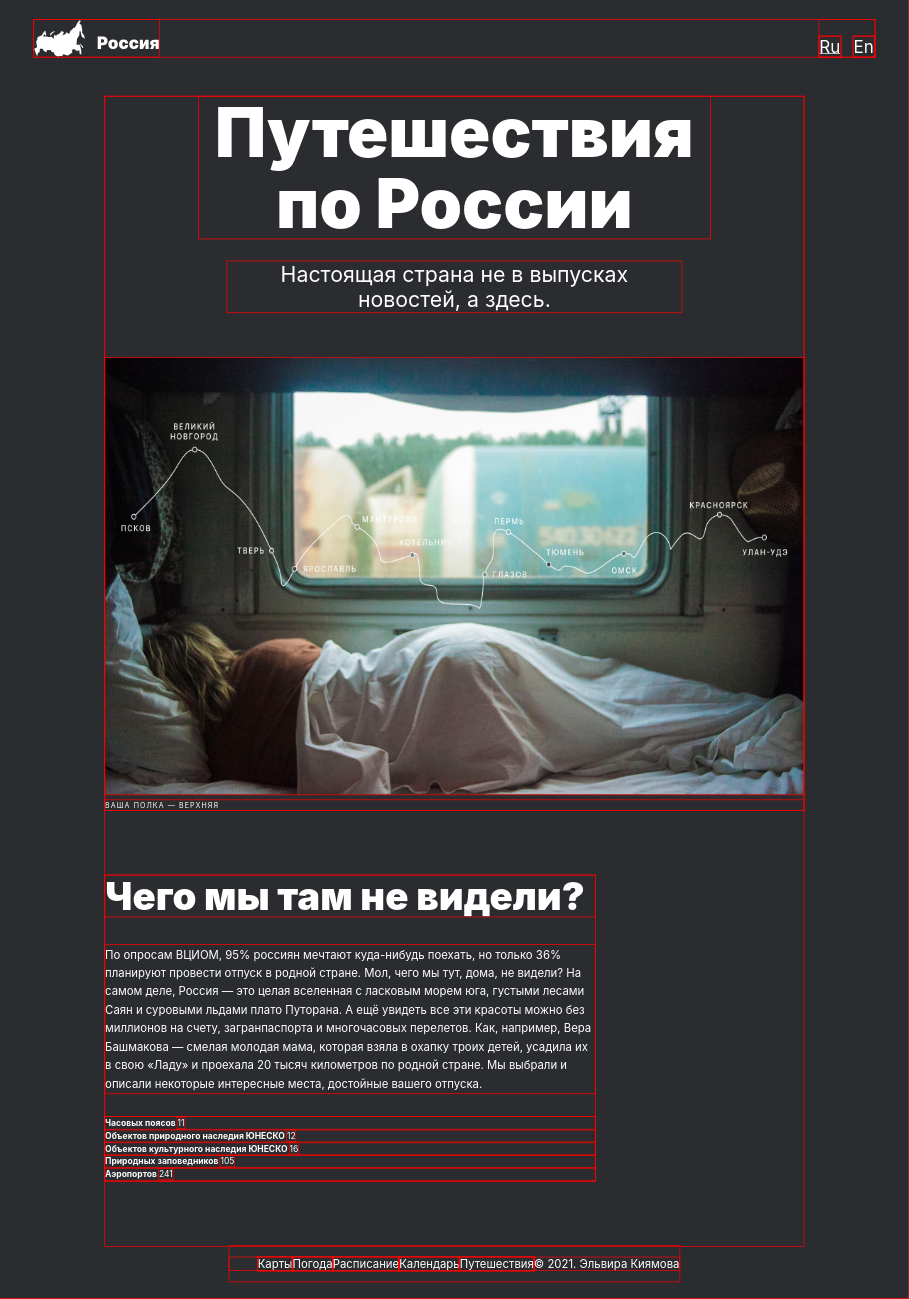
Repository: 89373611988/russia-travel
Page: index.html
These files come from the project's save history. The page is drawn as it stood at one moment and after the next save; the edit follows.
The browser window is 1280 px wide. The pictures show the whole page, at 71% of full size.
Some web fonts or font styles are not loaded; a fallback is used.

Above is the page before, as saved 2021-12-18 19:26:15.

### index.html
<!DOCTYPE html>
<html lang="ru">
  <head>
    <meta charset="UTF-8" />
    <meta name="viewport" content="width=device-width, initial-scale=1">
    <title>Путешествия по России</title>
    <link rel="stylesheet" href="pages/index.css" />
  </head>
  <body>
    <div class="page">
      <header class="header page__header">
        <img src="./images/header-logo.svg" alt="" class="header__logo">
        <ul class="header__list">
          <li class="header__item">
            <a href="#" target="_blank" class="header__lang-link">Ru</a>
          </li>
          <li class="header__item">
            <a href="#" target="_blank" class="header__lang-link">En</a>
          </li>
        </ul>
      </header>
      <main class="content">
        <section class="lead ">
          <h1 class="lead__title">Путешествия по России</h1>
          <p class="lead__subtitle">Настоящая страна не в выпусках новостей, а здесь.</p>
          <img src="./images/lead-polka.jpg" alt="Отдых в вагоне" class="lead__image">
          <p class="lead__caption">ваша полка — верхняя</p>
        </section>

        <section class="intro page__intro">
          <h2 class="intro__title">Чего мы там не видели?</h2>
          <p class="intro__text">По опросам ВЦИОМ, 95% россиян мечтают куда-нибудь поехать, но только 36% планируют провести отпуск в родной стране. Мол, чего мы тут, дома, не видели? На самом деле, Россия — это целая вселенная с ласковым морем юга, густыми лесами Саян и суровыми льдами плато Путорана. А ещё увидеть все эти красоты можно без миллионов на счету, загранпаспорта и многочасовых перелетов. Как, например, Вера Башмакова — смелая молодая мама, которая взяла в охапку троих детей, усадила их в свою «Ладу» и проехала 20 тысяч километров по родной стране. Мы выбрали и описали некоторые интересные места, достойные вашего отпуска.</p>
          <ul class="intro__list">
            <li class="intro__item">Часовых поясов
              <span class="intro__number">11</span>
            </li>
            <li class="intro__item">Объектов природного наследия ЮНЕСКО
              <span class="intro__number">12</span>
            </li>
            <li class="intro__item">Объектов культурного наследия ЮНЕСКО
              <span class="intro__number">16</span>
            </li>
            <li class="intro__item">Природных заповедников
              <span class="intro__number">105</span>
            </li>
            <li class="intro__item">Аэропортов
              <span class="intro__number">241</span>
            </li>
          </ul>
        </section>
      </main>

      <footer class="footer">
        <ul class="footer__list">
          <li class="footer__item">
            <a href="https://yandex.ru/maps" class="footer__link">Карты</a>
          </li>
          <li class="footer__item">
            <a href="https://yandex.ru/pogoda" class="footer__link">Погода</a>
          </li>
          <li class="footer__item">
            <a href="https://rasp.yandex.ru" class="footer__link">Расписание</a>
          </li>
          <li class="footer__item">
            <a href="https://calendar.yandex.ru" class="footer__link">Календарь</a>
          </li>
          <li class="footer__item">
            <a href="https://travel.yandex.ru" class="footer__link">Путешествия</a>
          </li>
        </ul>
        <p class="footer__copyright">&copy; 2021. Эльвира Киямова</p>
      </footer>

    </div>
  </body>
</html>

### pages/index.css
@import url("../styles/normalize.css");

@import url("../blocks/page/page.css");
@import url("../blocks/page/__header/page__header.css");
@import url("../blocks/page/__intro/page__intro.css");

@import url("../blocks/header/header.css");
@import url("../blocks/header/__logo/header__logo.css");
@import url("../blocks/header/__list/header__list.css");
@import url("../blocks/header/__item/header__item.css");
@import url("../blocks/header/__lang-link/header__lang-link.css");

@import url("../blocks/content/content.css");

@import url("../blocks/lead/lead.css");
@import url("../blocks/lead/__title/lead__title.css");
@import url("../blocks/lead/__subtitle/lead__subtitle.css");
@import url("../blocks/lead/__image/lead__image.css");
@import url("../blocks/lead/__caption/lead__caption.css");

@import url("../blocks/intro/intro.css");
@import url("../blocks/intro/__title/intro__title.css");
@import url("../blocks/intro/__text/intro__text.css");
@import url("../blocks/intro/__list/intro__list.css");
@import url("../blocks/intro/__item/intro__item.css");
@import url("../blocks/intro/__number/intro__number.css");

@import url("../blocks/footer/footer.css");
@import url("../blocks/footer/__list/footer__list.css");
@import url("../blocks/footer/__item/footer__item.css");
@import url("../blocks/footer/__link/footer__link.css");
@import url("../blocks/footer/__copyight/footer__copyight.css");

@import url("../fonts/Inter\ Web");

### blocks/page/page.css
* {
  outline-width: 1px;
  outline-style: solid;
  outline-color: red;
}

.page {
  color: #ffffff;
  background-color: #2a2c2f;
  font-family: "Inter";
  font-style: normal;
  padding: 28px 0 24px;
  -moz-osx-font-smoothing: grayscale;
  -webkit-font-smoothing: antialiased;
  -webkit-text-size-adjust: 100%;
  -ms-text-size-adjust: 100%;
  -moz-text-size-adjust: 100%;
  text-rendering: optimizeLegibility;
  display: flex;
  flex-direction: column;
  align-items: center;
}

### blocks/page/__header/page__header.css
.page__header {
  margin-bottom: 56px;
}

### blocks/page/__intro/page__intro.css
.page__intro {
  margin: 92px 0;
}

### blocks/header/header.css
.header {
  display: flex;
  flex-direction: row;
  justify-content: space-between;
  width: 1184px;
}

@media (max-width: 1200px) {
  .header {
    width: 928px;
  }
}

@media (max-width: 940px) {
  .header {
    width: 720px;
  }
}

@media (max-width: 768px) {
  .header {
    width: 720px;
  }
}

@media (max-width: 730px) {
  .header {
    width: 600px;
  }
}

@media (max-width: 640px) {
  .header {
    width: 500px;
  }
}

@media (max-width: 540px) {
  .header {
    width: 400px;
  }
}

@media (max-width: 440px) {
  .header {
    width: 300px;
  }
}

@media (max-width: 320px) {
  .header {
    width: 288px;
  }
}

### blocks/header/__logo/header__logo.css
.header__logo {
  width: 176px;
  height: 52px;
}

@media (max-width: 500px) {
  .header__logo {
    width: 142px;
    height: 42px;
  }
}

### blocks/header/__list/header__list.css
.header__list {
  display: flex;
  flex-direction: row;
  align-items: flex-end;
  padding: 0;
  margin: 0;
}

### blocks/header/__item/header__item.css
.header__item {
  list-style-type: none;
  width: 30px;
  height: 28px;
}

.header__item:first-child {
  margin-right: 18px;
  text-decoration: underline;
}

### blocks/header/__lang-link/header__lang-link.css
.header__lang-link {
  font-size: 24px;
  line-height: 28px;
  color: #fff;
  text-decoration: none;
}

@media (max-width: 500px) {
  .header__lang-link {
    font-size: 18px;
    line-height: 20px;
  }
}

### blocks/content/content.css


.content {

}

### blocks/lead/lead.css
.lead {
  display: flex;
  flex-direction: column;
}

### blocks/lead/__title/lead__title.css
.lead__title {
  font-weight: 900;
  font-size: 96px;
  line-height: 100px;
  max-width: 720px;
  text-align: center;
  align-self: center;
  margin: 0;
}

@media (max-width: 768px) {
  .lead__title {
    font-size: 70px;
    line-height: 80px;
    max-width: 500px;
  }
}

@media (max-width: 520px) {
  .lead__title {
    font-size: 50px;
    line-height: 70px;
    max-width: 400px;
  }
}

@media (max-width: 440px) {
  .lead__title {
    font-size: 45px;
    line-height: 50px;
    max-width: 330px;
  }
}

@media (max-width: 320px) {
  .lead__title {
    font-size: 40px;
    line-height: 44px;
    max-width: 288px;
  }
}

### blocks/lead/__subtitle/lead__subtitle.css
.lead__subtitle {
  font-size: 30px;
  line-height: 36px;
  align-self: center;
  margin: 32px 0 64px;
  max-width: 640px;
  text-align: center;
}

@media (max-width: 680px) {
  .lead__subtitle {
    font-size: 28px;
    line-height: 30px;
    max-width: 550px;
  }
}

@media (max-width: 575px) {
  .lead__subtitle {
    font-size: 25px;
    line-height: 30px;
    max-width: 400px;
  }
}

@media (max-width: 430px) {
  .lead__subtitle {
    font-size: 18px;
    line-height: 25px;
    max-width: 300px;
  }
}

@media (max-width: 320px) {
  .lead__subtitle {
    font-size: 16px;
    line-height: 20px;
    max-width: 288px;
  }
}

### blocks/lead/__image/lead__image.css
.lead__image {
  max-width: 984px;
  max-height: 615px;
  margin: 0 auto;
}

@media (max-width: 1024px) {
  .lead__image {
    max-width: 100%;
  }
}

### blocks/lead/__caption/lead__caption.css
.lead__caption {
  font-size: 10px;
  line-height: 14px;
  letter-spacing: 1.5px;
  margin: 8px 0 0;
  text-transform: uppercase;
  text-align: left;
}

### blocks/intro/intro.css
.intro {
  max-width: 690px;
}

@media (max-width: 1024px) {
  .intro {
    margin-left: 48px;
  }
}

@media (max-width: 768px) {
  .intro {
    max-width: 720px;
    margin-left: 24px;
    margin-right: 24px;
  }
}

@media (max-width: 320px) {
  .intro {
    max-width: 288px;
    margin-left: 16px;
    margin-right: 16px;
  }
}

### blocks/intro/__title/intro__title.css
.intro__title {
  margin: 0;
  font-weight: 900;
  font-size: 54px;
  line-height: 58px;
}

@media (max-width: 768px) {
  .intro__title {
    font-size: 40px;
    line-height: 40px;
  }
}

@media (max-width: 400px) {
  .intro__title {
    font-size: 32px;
    line-height: 35px;
  }
}

### blocks/intro/__text/intro__text.css
.intro__text {
  font-size: 16px;
  line-height: 163%;
  margin: 40px 0 33px;
}

### blocks/intro/__list/intro__list.css
.intro__list {
  margin: 0;
  padding: 0;
  font-weight: bold;
  font-size: 12px;
  line-height: 18px;
}

### blocks/intro/__item/intro__item.css
.intro__item {
  list-style-type: none;
}

### blocks/intro/__number/intro__number.css
.intro__number {
  font-weight: normal;
}

### blocks/footer/footer.css
.footer {
  max-width: 1184px;
  display: flex;
  flex-direction: row;
  justify-content: space-between;
}

### blocks/footer/__list/footer__list.css
.footer__list {
  display: flex;
  flex-direction: row;
}

### blocks/footer/__item/footer__item.css
.footer__item {
  list-style-type: none;
}

### blocks/footer/__link/footer__link.css
.footer__link {
  color: #fff;
  text-decoration: none;
}

### blocks/footer/__copyight/footer__copyight.css
.footer__copyight {

}

Loaded but not shown: styles/normalize.css (library)

After the next save:
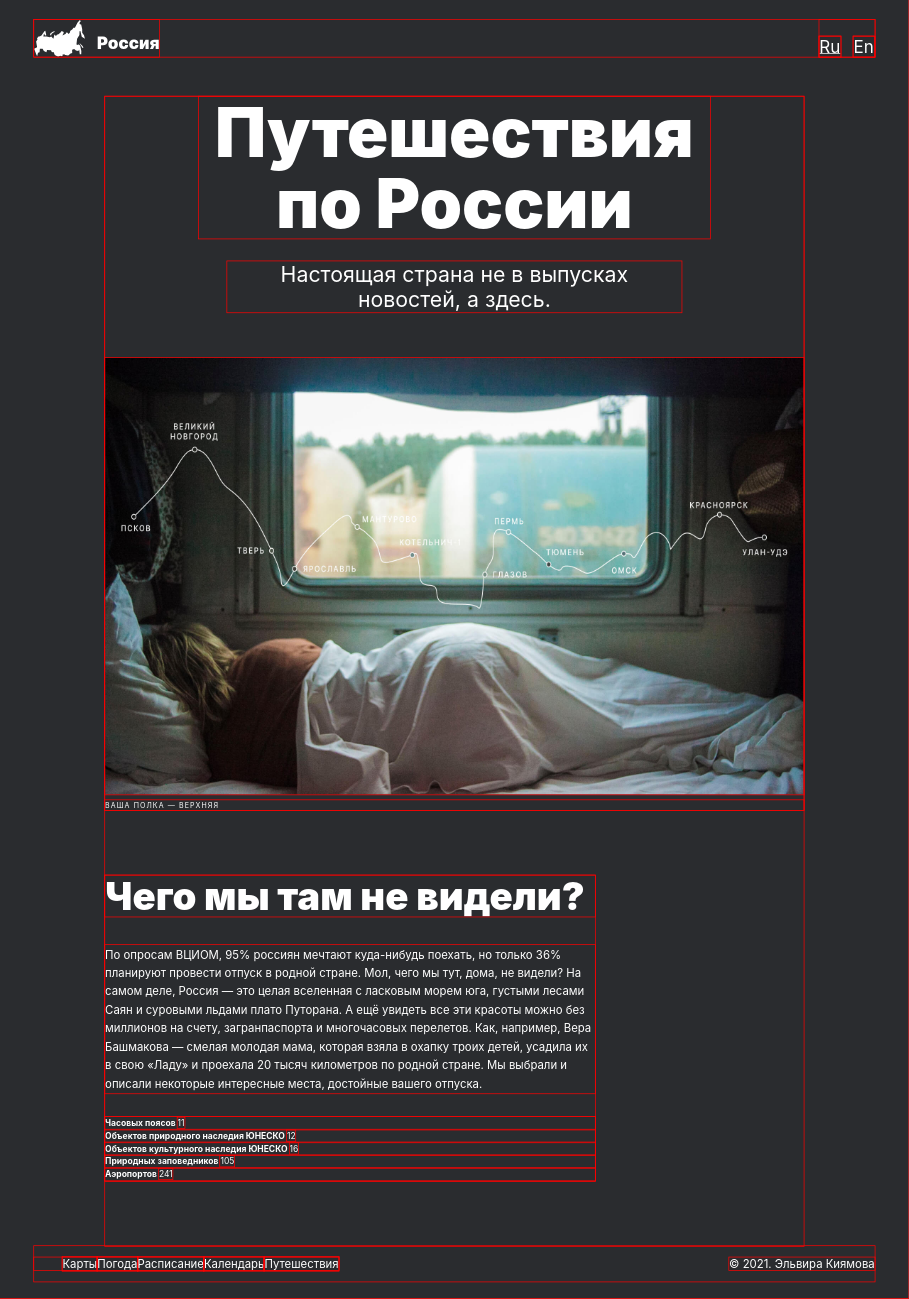
Saved 37 s later.
--- a/blocks/footer/footer.css
+++ b/blocks/footer/footer.css
@@ -1,5 +1,5 @@
 .footer {
-  max-width: 1184px;
+  width: 1184px;
   display: flex;
   flex-direction: row;
   justify-content: space-between;
